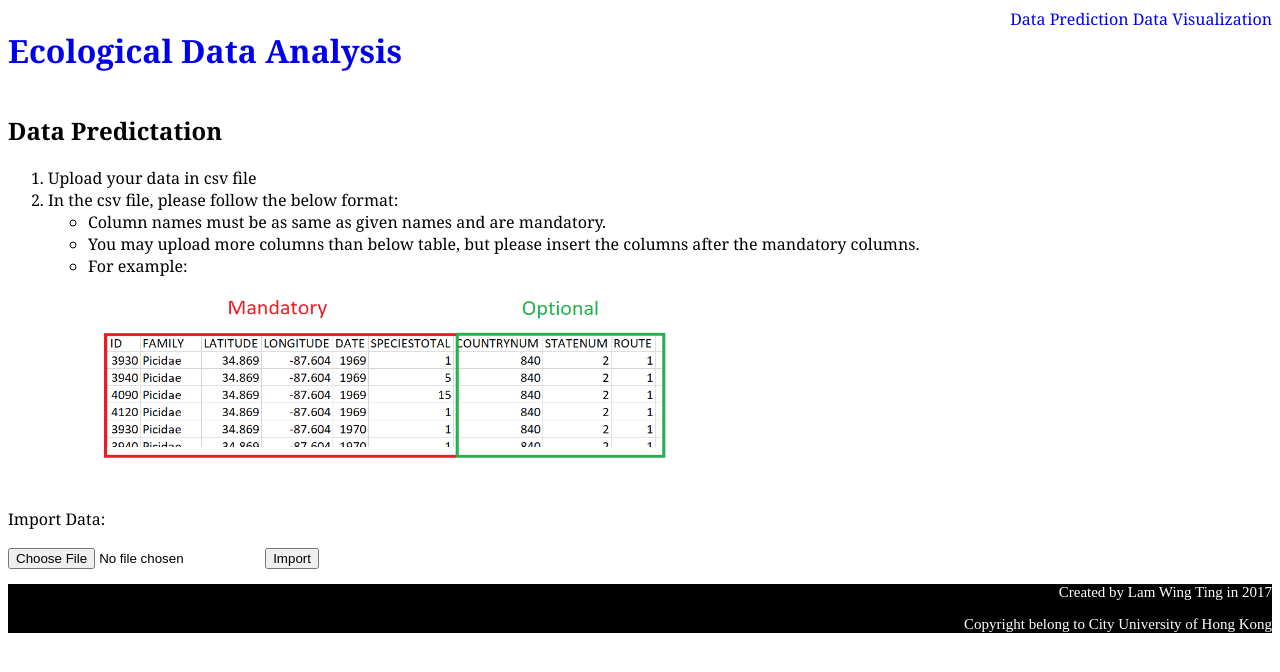
Repository: JenniferLam/FYP
Page: WebAppDev/FYP_webapp/WebContent/prediction/dataPred.html
The author's editor kept a copy of each file at every save. The page is drawn from the files as they stood at one save, then again after the next save.
The browser window is 1280 px wide. The pictures show the whole page.

Above is the page before, as saved 2018-02-02 15:08:53.

After the next save:
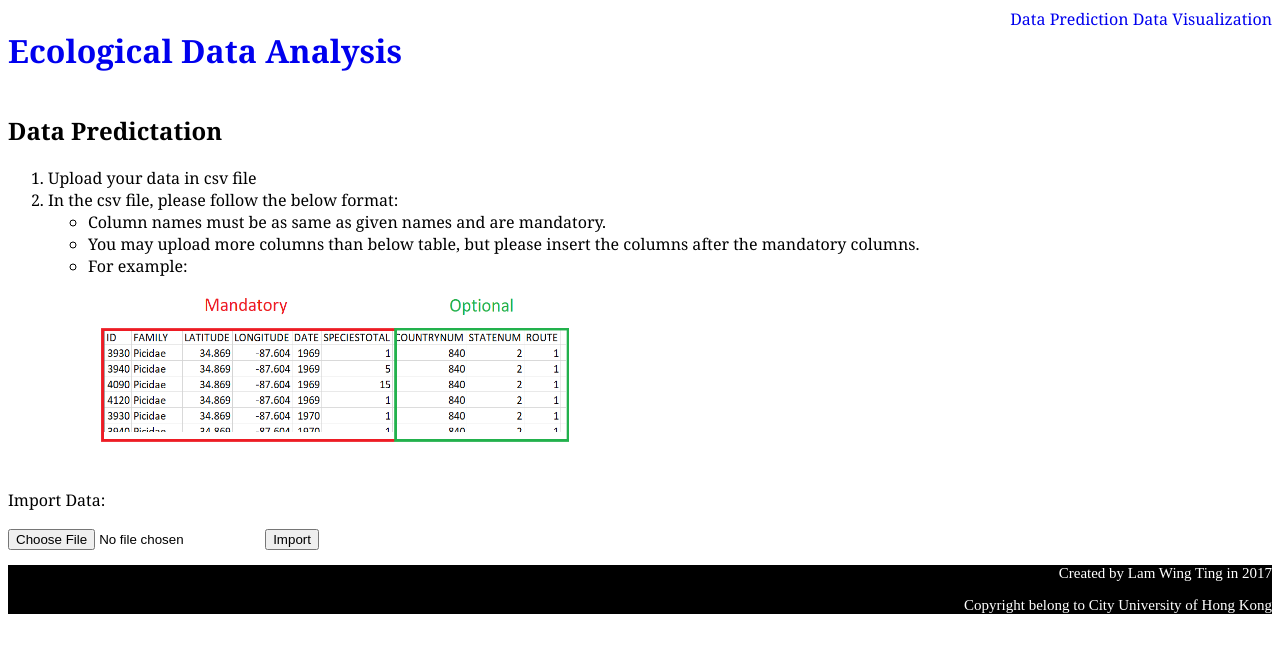
Saved 18 s later.
--- a/WebAppDev/FYP_webapp/WebContent/prediction/dataPred.css
+++ b/WebAppDev/FYP_webapp/WebContent/prediction/dataPred.css
@@ -1,4 +1,4 @@
 img{
-	width:600px;
-	height:215px;
+	width:500px;
+	height:196px;
 }
